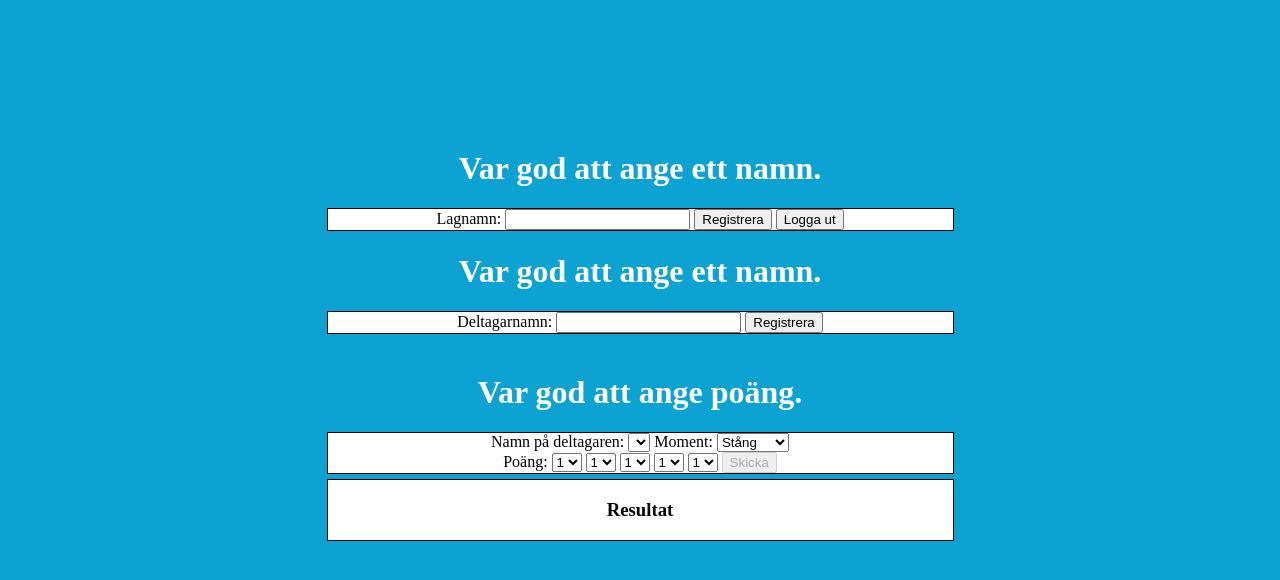
Repository: ms223uh/1dv404-tests
Page: www/logged.html
The author's editor kept a record of every edit. The page is drawn from the files as they stood at one moment, then again after the next edit.
The browser window is 1280 px wide. The pictures show the whole page.

Above is the page before.

After the next edit:
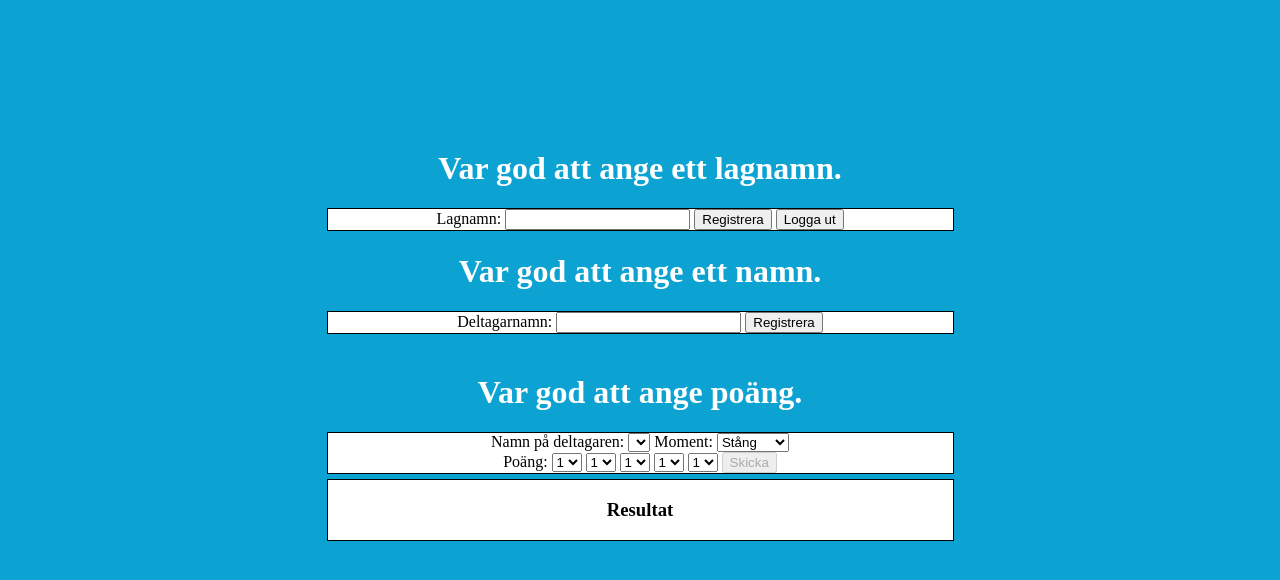
The edit:
--- a/www/logged.html
+++ b/www/logged.html
@@ -23,7 +23,7 @@
 <div id="dataContainer">
 
 
-    <h1>Var god att ange ett namn.</h1>
+    <h1>Var god att ange ett lagnamn.</h1>
 
 
    <div id="dataBox">
